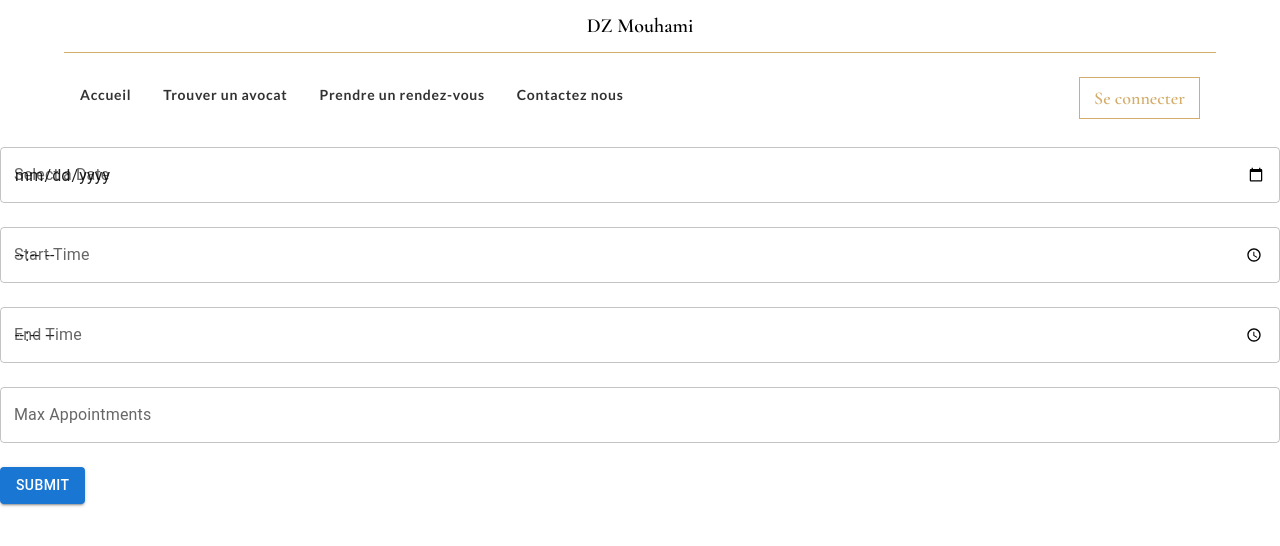
Repository: Chekrouba-Tinhinane/Mohami_dz
Page: /Available (app in client/)
An editor plug-in stored every save of this project. The page is shown before and after a run of saves, followed by the edit.
The browser window is 1280 px wide. The pictures show the whole page.
The page's requests for data from a server got no answer. The project was rebuilt for these pictures with package versions that can differ from the ones it lists, and the page was loaded fresh each time. No one was signed in, and anything a server would have sent is missing. Also part of the build but not shown: client/vite.config.js, client/src/components/super/Footer.jsx, client/src/LandingPage.jsx, client/src/SignIn.jsx, client/src/components/Selector.jsx, client/src/components/SearchContainer.jsx, client/src/components/LawyerCard.jsx, client/src/components/SearchBar.jsx and 13 more.

Above is the page before, as saved 2024-01-28 13:03:12.

After the next 2 saves:
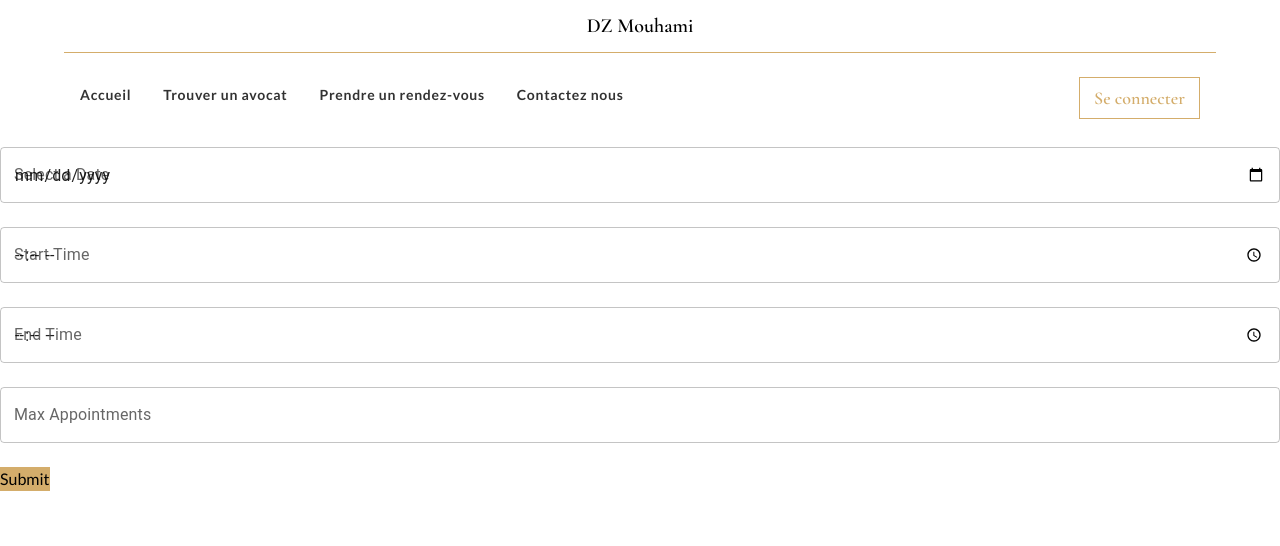
The 2 saves are shown as one change because they came seconds apart.
The last was saved 10 s later.
--- a/client/src/AvailabilityForm.jsx
+++ b/client/src/AvailabilityForm.jsx
@@ -99,9 +99,9 @@
             error={formik.touched.NbrMaxRdv && Boolean(formik.errors.NbrMaxRdv)}
             helperText={formik.touched.NbrMaxRdv && formik.errors.NbrMaxRdv}
           />
-          <Button className=" bg-primary" variant="contained" color="primary" type="submit">
+          <button className=" bg-primary" variant="contained" color="primary" type="submit">
             Submit
-          </Button>
+          </button>
         </form>
       </Grid>
     </Grid>

After the 4 saves that followed:
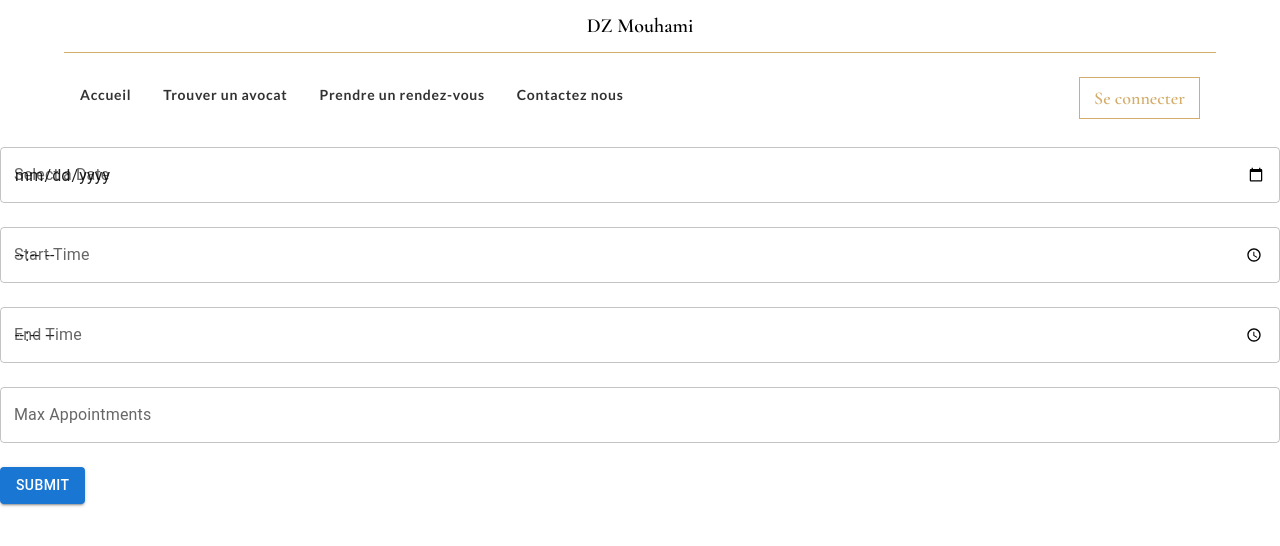
The 4 saves are shown as one change because they came seconds apart.
The last was saved 17 s later.
--- a/client/src/AvailabilityForm.jsx
+++ b/client/src/AvailabilityForm.jsx
@@ -99,9 +99,9 @@
             error={formik.touched.NbrMaxRdv && Boolean(formik.errors.NbrMaxRdv)}
             helperText={formik.touched.NbrMaxRdv && formik.errors.NbrMaxRdv}
           />
-          <button className=" bg-primary" variant="contained" color="primary" type="submit">
+          <Button className="" variant="contained" color="primary" type="submit">
             Submit
-          </button>
+          </Button>
         </form>
       </Grid>
     </Grid>
